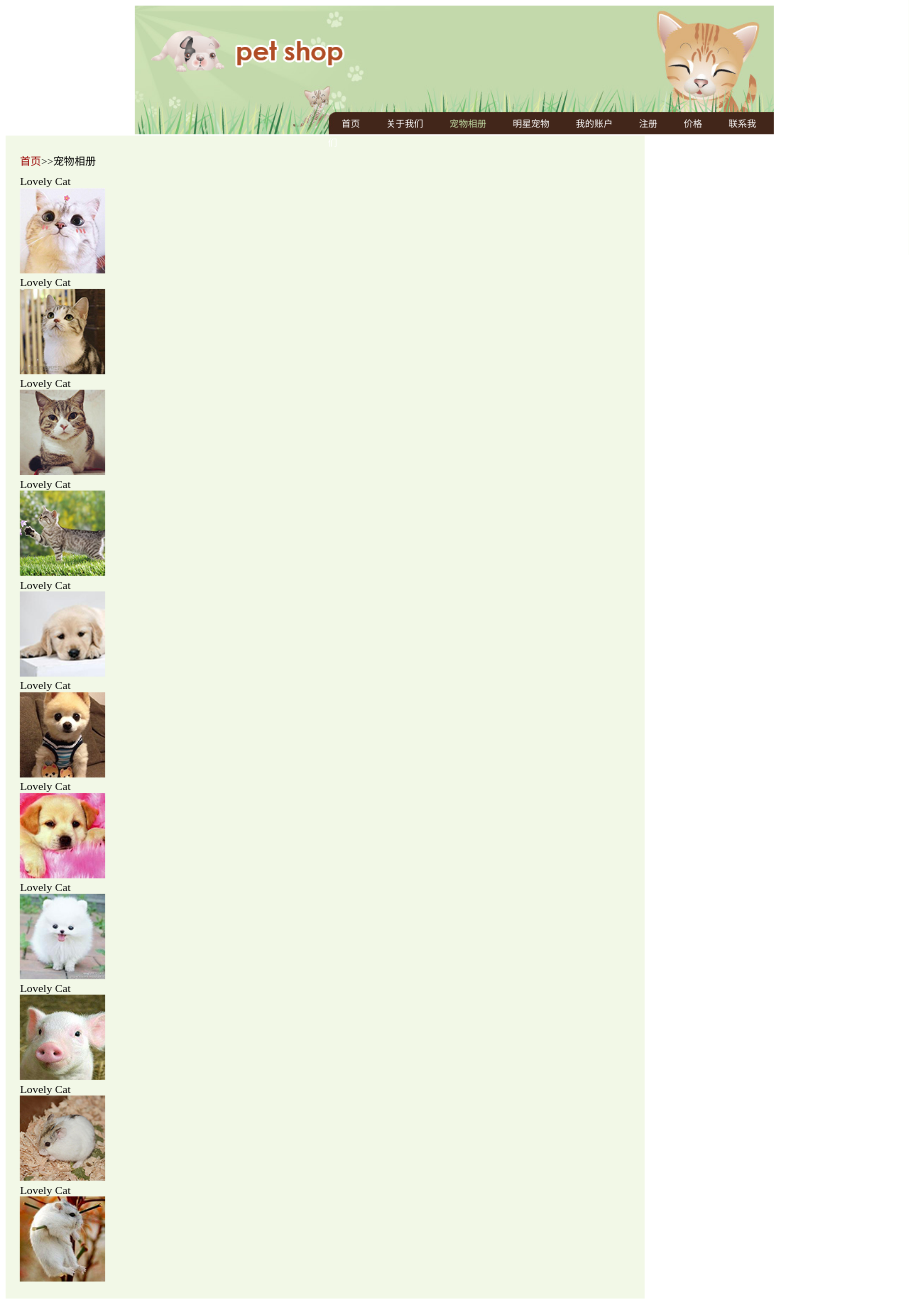
Repository: kxl666/kxl-Html
Page: 04.第四节任务(宠物相册)/index.html
These files come from the project's save history. The page is drawn as it stood at one moment and after the next save; the edit follows.
The browser window is 1280 px wide. The pictures show the whole page, at 71% of full size.

Above is the page before, as saved 2021-09-07 20:19:35.

### 04.第四节任务(宠物相册)/index.html
<!DOCTYPE html>
<html lang="en">

<head>
    <meta charset="UTF-8">
    <meta http-equiv="X-UA-Compatible" content="IE=edge">
    <meta name="viewport" content="width=device-width, initial-scale=1.0">
    <title>宠物相册</title>
    <link rel="stylesheet" href="style.css">
</head>

<body>
    <div id="wrap">
        <div class="header">
            <div class="logo">
                <img src="images/logo.gif">
            </div>
            <div id="menu">
                <span>
                    <a href="index.html">首页</a>
                </span>
                <span>
                    <a href="about.html">关于我们</a>
                </span>
                <span class="selected">
                    <a href="category.html">宠物相册</a>
                </span>
                <span>
                    <a href="speacial.html">明星宠物</a>
                </span>
                <span>
                    <a href="myaccount.html">我的账户</a>
                </span>
                <span>
                    <a href="register.html">注册</a>
                </span>
                <span>
                    <a href="details.html">价格</a>
                </span>
                <span>
                    <a href="contact.html">联系我们</a>
                </span>
            </div>
        </div>
    </div>

    <div class="pet_album">
        <div class="crumb_nav">
            <a href="index.html">首页</a>&gt;&gt;宠物相册
        </div>

        <div class="pet_album_box">
            <span>
                Lovely Cat
            </span>
            <div class="pet_album_bg">
                <img src="images/cat1.jpg" class="thumb" >
            </div>
        </div>
        <div class="pet_album_box">
            <span>
                Lovely Cat
            </span>
            <div class="pet_album_bg">
                <img src="images/cat2.jpg" class="thumb" >
            </div>
        </div>
        <div class="pet_album_box">
            <span>
                Lovely Cat
            </span>
            <div class="pet_album_bg">
                <img src="images/cat3.jpg" class="thumb" >
            </div>
        </div>
        <div class="pet_album_box">
            <span>
                Lovely Cat
            </span>
            <div class="pet_album_bg">
                <img src="images/cat4.jpg" class="thumb" >
            </div>
        </div>
        <div class="pet_album_box">
            <span>
                Lovely Cat
            </span>
            <div class="pet_album_bg">
                <img src="images/dog1.jpg" class="thumb" >
            </div>
        </div>
        <div class="pet_album_box">
            <span>
                Lovely Cat
            </span>
            <div class="pet_album_bg">
                <img src="images/dog2.jpg" class="thumb" >
            </div>
        </div>
        <div class="pet_album_box">
            <span>
                Lovely Cat
            </span>
            <div class="pet_album_bg">
                <img src="images/dog3.jpg" class="thumb" >
            </div>
        </div>
        <div class="pet_album_box">
            <span>
                Lovely Cat
            </span>
            <div class="pet_album_bg">
                <img src="images/dog4.jpg" class="thumb" >
            </div>
        </div>
        <div class="pet_album_box">
            <span>
                Lovely Cat
            </span>
            <div class="pet_album_bg">
                <img src="images/pig1.jpg" class="thumb" >
            </div>
        </div>
        <div class="pet_album_box">
            <span>
                Lovely Cat
            </span>
            <div class="pet_album_bg">
                <img src="images/mouse1.jpg" class="thumb" >
            </div>
        </div>
        <div class="pet_album_box">
            <span>
                Lovely Cat
            </span>
            <div class="pet_album_bg">
                <img src="images/mouse2.jpg" class="thumb" >
            </div>
        </div>


    </div>
</body>

</html>

### 04.第四节任务(宠物相册)/style.css
#wrap {
    width: 900px;
    height: auto;
    margin: 0 auto;
}

.header {
    height: 181px;
    background:url(images/header.jpg) no-repeat center;
}

.logo {
    padding: 30px 0 0 20px;
}

#menu {
    width: 628px;
    height: 30px;
    float: right;
    padding-top: 50px;
}

#menu span {
    height: 27px;
}

#menu span a {
    height: 27px;
    padding: 0px 10px 0 15px;
    margin: 0 4px 0 4px ;
    text-decoration: none;
    text-align: center;
    color: #fff;
    font-size: 13px;
    line-height: 27px;
}

#menu span.selected a {
    color: #c4dfa6;
}

#menu span a:hover {
    color: #c4dfa6;
}

.pet_album {
    width: 880px;
    padding: 20px 0 20px 20px;
    background-color: #f2f8e7;
    overflow: hidden;
}

.crumb_nav {
    padding: 5px 0 10px 0px ;
    font-size: 15px;
}
.crumb_nav a {
    text-decoration: none;
    color: #990000;
}

After the next save:
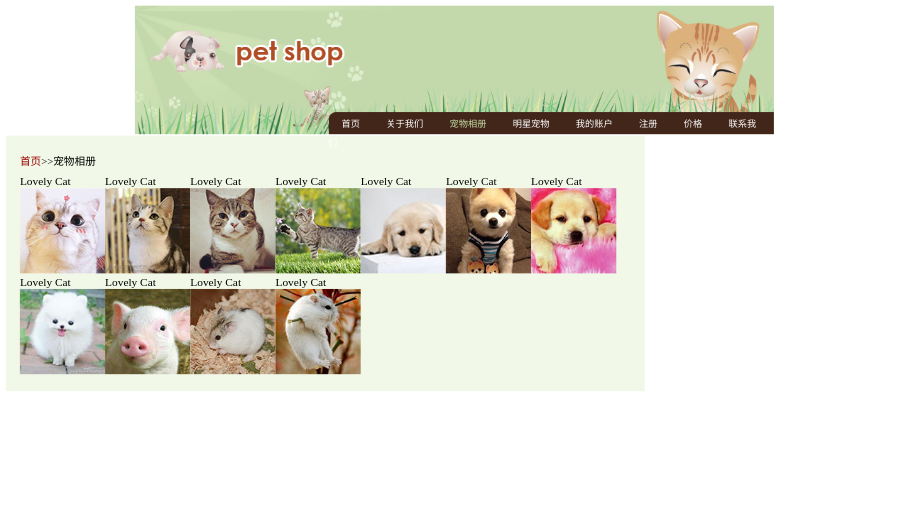
Saved 34 s later.
--- a/04.第四节任务(宠物相册)/style.css
+++ b/04.第四节任务(宠物相册)/style.css
@@ -58,3 +58,7 @@
     text-decoration: none;
     color: #990000;
 }
+
+.pet_album_box {
+    float: left;
+}
